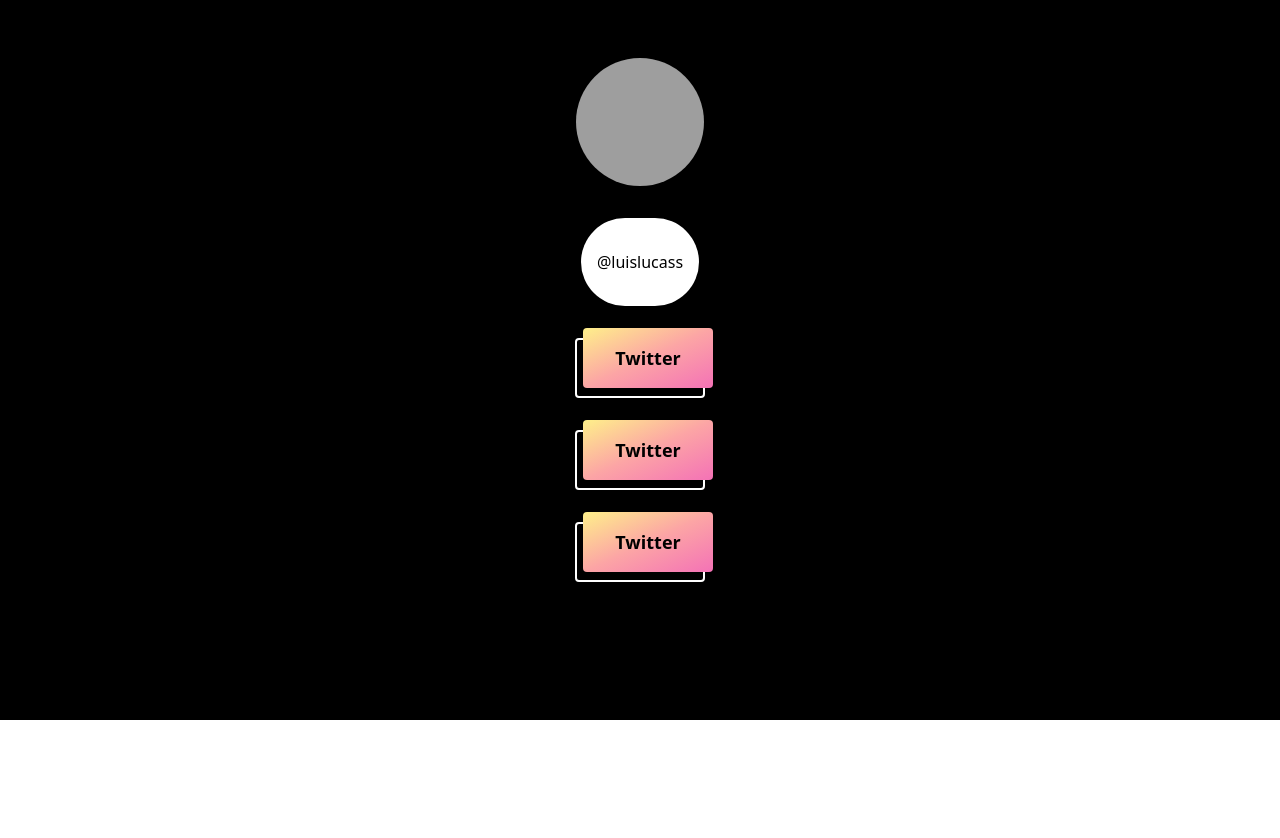
Repository: LuisSempre/link-to
Page: index.html
These files come from the project's save history. The page is drawn as it stood at one moment and after the next save; the edit follows.
The browser window is 1280 px wide. The pictures show the whole page.
Pictures or frames that could not be fetched are drawn as grey boxes. Some web libraries are served in a nearby version.

Above is the page before, as saved 2022-07-05 22:02:38.

After the next save:
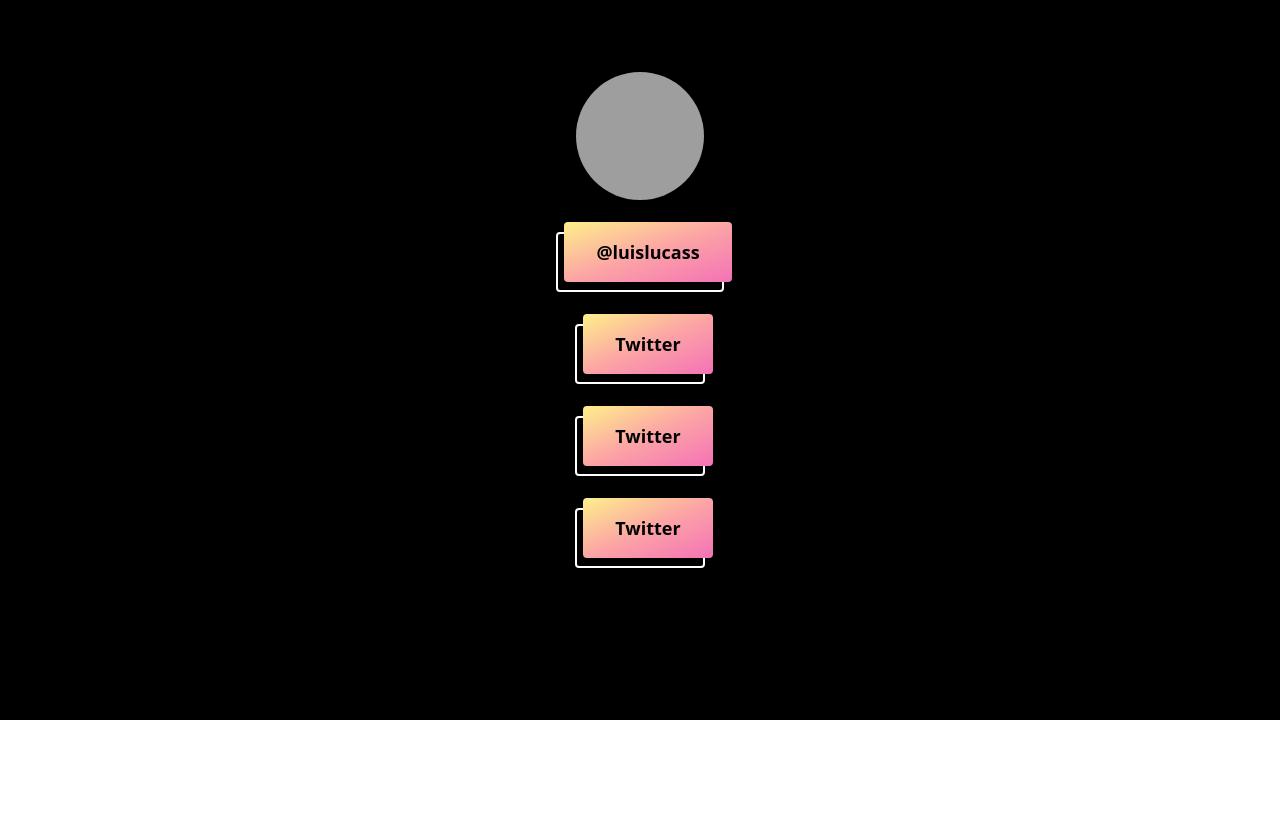
Saved 22 s later.
--- a/index.html
+++ b/index.html
@@ -16,7 +16,18 @@
                         <img
                         class="w-32 h-32 rounded-full"
                         src="https://media-exp1.licdn.com/dms/image/C4E03AQFxPhk96MlXfQ/profile-displayphoto-shrink_800_800/0/1657066015387?e=1662595200&v=beta&t=8l3NPv3_wh4v4q8p_mHKIiNLJlaeUFYIeHHBMLw4AEI" alt="">
-                        <h1 class="rounded-full px-4 py-8 bg-white text-black">@luislucass</h1>
+                        <a href="#_" class="group relative w-full sm:w-auto">
+                            <span class="absolute top-0 left-0 h-full w-full
+                                rounded
+                                border-2 border-white text-transparent">Twitter</span>
+                            <span class="relative inline-block w-full
+                                -translate-y-2.5 translate-x-2 transform rounded
+                                bg-gradient-to-br from-yellow-200 via-red-300
+                                to-pink-400 px-8 py-4 text-center text-lg
+                                font-semibold transition-all duration-150
+                                ease-linear group-hover:-translate-y-1.5
+                                group-hover:translate-x-1.5 sm:w-auto">@luislucass</span>
+                        </a>
                         <a href="#_" class="group relative w-full sm:w-auto">
                             <span class="absolute top-0 left-0 h-full w-full
                                 rounded
